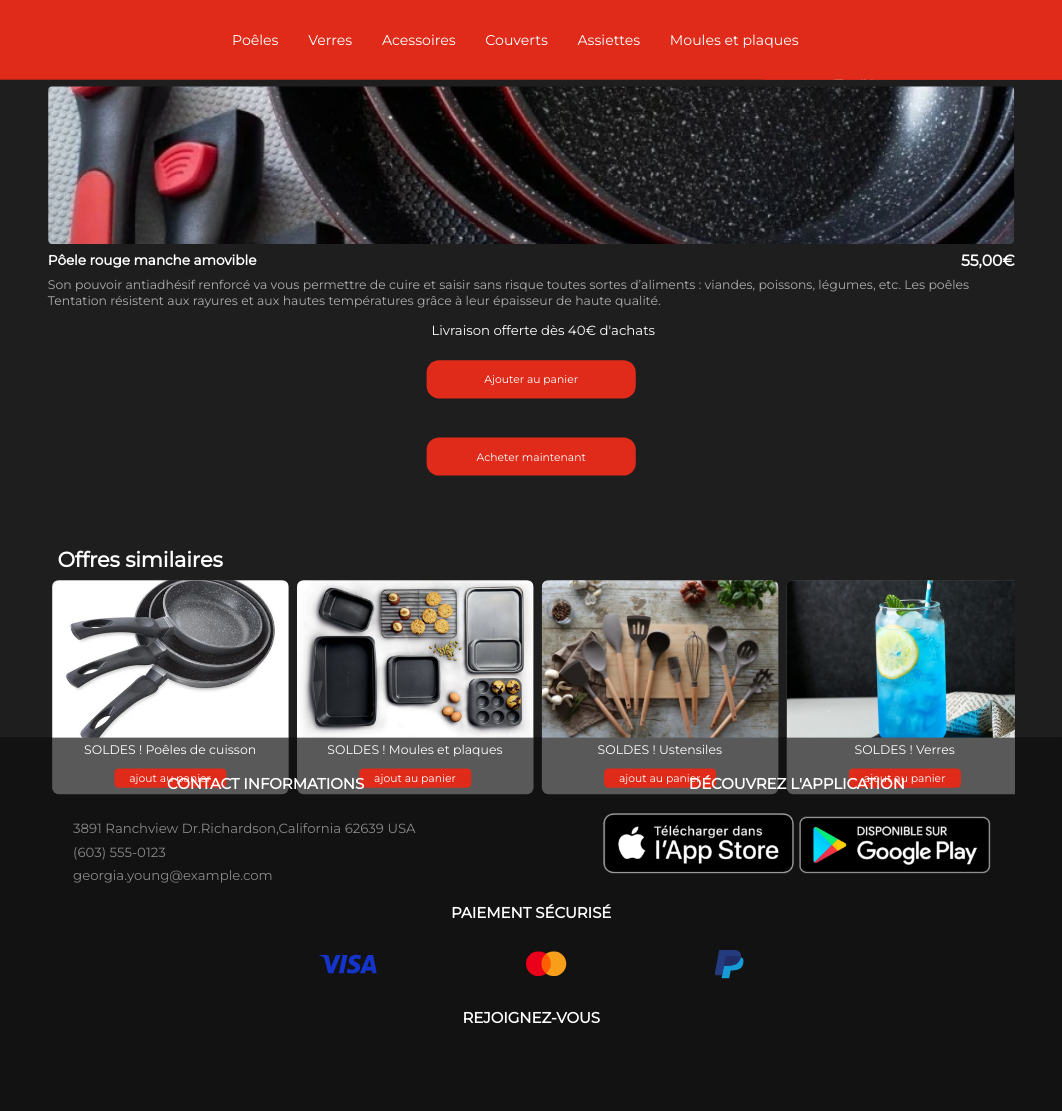
Repository: Juannpl/Luxury-Kicthen
Page: html/page_produits.html
The author's editor kept a copy of each file at every save. The page is drawn from the files as they stood at one save, then again after the next save.
The browser window is 1280 px wide. The pictures show the whole page, at 83% of full size.
Some icons come from a web library that is not loaded, so they are not drawn.

Above is the page before, as saved 2023-02-16 10:40:10.

### html/page_produits.html
<!DOCTYPE html>
<html lang="fr">

<head>
    <meta charset="UTF-8">
    <meta http-equiv="X-UA-Compatible" content="IE=edge">
    <meta name="viewport" content="width=device-width, initial-scale=1.0">

    <link rel="stylesheet" href="../css/page_produits.css">
    <script src="https://unpkg.com/boxicons@2.1.4/dist/boxicons.js"></script>

    <title>Mon Panier</title>
</head>

<body>
    <header class="header">
        <nav class="nav_container row">
            <div class="logo">
                <p>LUXURY KITCHEN</p>
                <box-icon name='chevron-left' type='solid' color='#ffffff' size="lg"></box-icon>
            </div>
            <div class="barre_categorie">
                <ul class="row">
                    <li><a href="#">Poêles</a></li>
                    <li><a href="#">Verres</a></li>
                    <li><a href="#">Acessoires</a></li>
                    <li><a href="#">Couverts</a></li>
                    <li><a href="#">Assiettes</a></li>
                    <li><a href="#">Moules et plaques</a></li>
                </ul>
            </div>
            <div class="nav_list">
                <ul class="row">
                    <li class="items_list">
                        <box-icon name='shopping-bag' color='#ffffff' size='1.7rem'></box-icon>
                    </li>
                    <li class="items_list">
                        <box-icon name='user-circle' type='solid' color='#ffffff' size='1.7rem'></box-icon>
                    </li>
                    <a id="openBtn">
                        <li class="items_list">
                            <box-icon name='menu' color='#ffffff' size=2.2rem></box-icon>
                        </li>
                    </a>
                </ul>
            </div>
        </nav>
        <div id="transparent"></div>
        <section id="barre_categorie_mobile">
            <div id="closeBtn">
                <box-icon name='x' color='#ffffff' size='3rem'></box-icon>
            </div>
            <div class="nav_contents row">
                <div>
                    <ul class="row">
                        <li><a href="#">Poêles</a></li>
                        <li><a href="#">Verres</a></li>
                        <li><a href="#">Acessoires</a></li>
                        <li><a href="#">Couverts</a></li>
                        <li><a href="#">Assiettes</a></li>
                        <li><a href="#">Moules et plaques</a></li>
                    </ul>
                </div>
                <div>
                    <p class="opacityy">
                        Devenez membre pour accéder au meilleur des produits.
                    </p>
                </div>
                <div>
                    <button type="button" class="btn-black">Nous rejoindre</button>
                </div>
                <div>
                    <button type="button" class="btn-clear">S'identifier</button>
                </div>
                <div class="items">
                    <div class="roww">
                        <box-icon name='shopping-bag' color='#ffffff' size='1.7rem'></box-icon>
                        <p>Panier</p>
                    </div>
                    <div class="roww">
                        <box-icon type='solid' name='package' color='#ffffff' size='1.7rem'></box-icon>
                        <p>Commande</p>
                    </div>
                    <div class="roww">
                        <box-icon name='user-circle' type='solid' color='#ffffff' size='1.7rem'></box-icon>
                        <p>Mon profil</p>
                    </div>
                </div>
                <div class="reseaux row">
                    <div class="sociaux">
                        <box-icon name='facebook-circle' type='logo' color='#ffffff'></box-icon>
                    </div>
                    <div class="sociaux">
                        <box-icon name='twitter' type='logo' color='#ffffff'></box-icon>
                    </div>
                    <div class="sociaux">
                        <box-icon name='instagram-alt' type='logo' color='#ffffff'></box-icon>
                    </div>
                </div>
            </div>
        </section>
        <!-- FIN DE LA BARRE DE NAVIGATION MOBILE -->
    </header>
    <main>
        <section class="tout">
            <div class="wrap">
                <div class="picture"><img src="../img/poêle/poele1.webp" alt="POÊLE"></div>
                <div class="texte">
                    <div class="nom_du_produit">
                        <h3>Pôele rouge manche amovible</h3>
                    </div>
                    <div class="price">
                        <h3>55,00€</h3>
                    </div>
                    <div class="descriptif opacityy">
                        Son pouvoir antiadhésif renforcé va vous permettre de cuire et saisir sans risque toutes sortes
                        d’aliments : viandes, poissons, légumes, etc. Les poêles Tentation résistent aux rayures et aux
                        hautes
                        températures grâce à leur épaisseur de haute qualité.
                    </div>
                </div>
                <div class="buy">
                    <div class="sentence">
                        <box-icon type='solid' name='truck' color="white"></box-icon>
                        <p>Livraison offerte dès 40€ d'achats</p>
                    </div>
                    <button class="unique">
                        <p>Ajouter au panier</p>
                    </button>
                    <button class="unique">
                        <p>Acheter maintenant</p>
                    </button>
                </div>
            </div>
            <div class="swipe">
                <div class="titre">
                    <h1>
                        Offres similaires
                    </h1>
                </div>
                <div class="containeer">
                    <div class="card">
                        <div class="controlee">
                            <img src="../img/poêle/poele10.webp" alt="poele" class="top_img">
                        </div>
                        <div class="descr_panier_top">
                            <div class="text_panier">
                                <p>SOLDES ! Poêles de cuisson</p>
                            </div>
                            <div class="panier_prix">
                                <div class="ajout_panier">
                                    <form action="#">
                                        <a href="#"><button type="submit">
                                                <p class="p_botton">ajout au panier</p>
                                            </button></a>
                                    </form>
                                </div>
                            </div>
                        </div>
                    </div>
                    <div class="card">
                        <div class="controlee">
                            <img src="../img/moules/moule1.jpg" alt="poele" class="top_img">
                        </div>
                        <div class="descr_panier_top">
                            <div class="text_panier">
                                <p>SOLDES ! Moules et plaques</p>
                            </div>
                            <div class="panier_prix">
                                <div class="ajout_panier">
                                    <form action="#">
                                        <a href="#">
                                            <button type="submit">
                                                <p class="p_botton">ajout au panier</p>
                                            </button>
                                        </a>
                                    </form>
                                </div>
                            </div>
                        </div>
                    </div>
                    <div class="card">
                        <div class="controlee">
                            <img src="../img/accessoire/accessoire2.webp" alt="poele" class="top_img">
                        </div>
                        <div class="descr_panier_top">
                            <div class="text_panier">
                                <p>SOLDES ! Ustensiles</p>
                            </div>
                            <div class="panier_prix">
                                <div class="ajout_panier">
                                    <form action="#">
                                        <a href="#">
                                            <button type="submit">
                                                <p class="p_botton">ajout au panier</p>
                                            </button>
                                        </a>
                                    </form>
                                </div>
                            </div>
                        </div>
                    </div>
                    <div class="card">
                        <div class="controlee">
                            <img src="../img/verres/verre10.jpg" alt="verre" class="top_img">
                        </div>
                        <div class="descr_panier_top">
                            <div class="text_panier">
                                <p>SOLDES ! Verres</p>
                            </div>
                            <div class="panier_prix">
                                <div class="ajout_panier">
                                    <form action="#">
                                        <a href="#">
                                            <button type="submit">
                                                <p class="p_botton">ajout au panier</p>
                                            </button>
                                        </a>
                                    </form>
                                </div>
                            </div>
                        </div>
                    </div>
                    <div class="card">
                        <div class="controlee">
                            <img src="../img/couverts/couvert1.png" alt="poele" class="top_img">
                        </div>
                        <div class="descr_panier_top">
                            <div class="text_panier">
                                <p>SOLDES ! Couverts</p>
                            </div>
                            <div class="panier_prix">
                                <div class="ajout_panier">
                                    <form action="#">
                                        <a href="#"><button type="submit">
                                                <p class="p_botton">ajout au panier</p>
                                            </button></a>
                                    </form>
                                </div>
                            </div>
                        </div>
                    </div>
                </div>
            </div>
        </section>
    </main>
    <footer>
        <div class="container-footer">
            <div class="container-footer-tablet">
                <div class="contact-infos">
                    <h3>CONTACT INFORMATIONS</h3>
                    <p>
                        <box-icon name='been-here' type='solid' color='#ffffff'></box-icon>3891 Ranchview
                        Dr.Richardson,California 62639 USA
                    </p>
                    <p>
                        <box-icon type='solid' name='phone' color='#ffffff'></box-icon>(603) 555-0123
                    </p>
                    <p>
                        <box-icon type='solid' name='envelope' color='#ffffff'></box-icon>georgia.young@example.com
                    </p>
                </div>
                <div class="download">
                    <h3>DÉCOUVREZ L'APPLICATION</h3>
                    <a href=""><img src="../img/footer/App-Store-picto-300x94.png" class="picto" id="apple"
                            alt="Le pictogramme de l'apple store"></a>
                    <a href=""><img src="../img/footer/Google-Play-picto-300x89.png" class="picto"
                            alt="Le pictogramme de google play"></a>
                </div>
            </div>
            <div class="paiement">
                <h3>PAIEMENT SÉCURISÉ</h3>
                <div class="logos-paiement">
                    <img src="../img/footer/Visa_2021.svg" class="logos" id="visa" alt="Le logo de visa">
                    <img src="../img/footer/Mastercard_2019_logo.svg" class="logos" id="mastercard"
                        alt="Le logo de mastercard">
                    <img src="../img/footer/PayPal_Logo_Icon_2014.svg" class="logos" id="paypal"
                        alt="Le logo de paypal ">
                </div>
            </div>
            <div class="social-media">
                <h3>REJOIGNEZ-VOUS</h3>
                <box-icon name='facebook-circle' type='logo' color='#ff0800'></box-icon>
                <box-icon name='twitter' type='logo' color='#ff0800'></box-icon>
                <box-icon name='instagram-alt' type='logo' color='#ff0800'></box-icon>
            </div>
        </div>
    </footer>
    <script src="../script.js"></script>
</body>

</html>

### css/page_produits.css
/*

    GENERAL

*/

@import url('https://fonts.googleapis.com/css2?family=Montserrat&family=Roboto&display=swap');

:root{
    --rougelinear: rgba(224, 43, 26, 1);
    --rougetext: #E02B1A;
    --blanc: #fff;
    --noirclair: #1E1E1E;
    --noir: #121212;
    --gris: #595959;
}

*/*,
*::after,
*::before*/{
    margin: 0;
    padding: 0;
    box-sizing: inherit;
    list-style: none;
    text-decoration: none;
    font-family: 'Montserrat', 'sans-serif';
}

html{
    width: 100%;
    overflow-x: hidden;
}

main img{
    width: 100%;
    height: 100%;
    object-fit: cover;
    border-radius: 5px;
}

/*

    HEADER

*/

.header{
    background-color: var(--rougelinear);
    height: 6rem;
    display: grid;
    align-items: center;
    position: relative;
}

.logo{
    color: var(--blanc);
    font-size: 0.9em;
    font-weight: 600;
    text-align: center;
    padding-left: 5%;
    display: flex;
}

.logo p{
    display: none;
}

.barre_categorie{
    display: none;
}

#closeBtn{
    position: absolute;
    top: 5%;
    right: 10%;
    cursor: pointer;
}

#barre_categorie_mobile{
    color: var(--blanc);
    width: 308px;
    position: absolute;
    z-index: -1;
    top: 0;
    right: 0;
    background-color: var(--rougelinear);
    transition: left 0.5s ease;
    display: flex;
    align-items: center;
    flex-direction: column;
    box-shadow: 0px 4px 4px 0px rgba(0, 0, 0, 0.25);
}

/* Active class */
#barre_categorie_mobile.active{
    z-index: 3;
}

#transparent.active{
    z-index: 2;
}

#transparent{
    position: fixed;
    top: 0;
    right: 0;
    width: 100%;
    height: 100vh;
    z-index: -1;
    background: rgba(255, 255, 255, 0.28);
    backdrop-filter: blur(3.8px);
    -webkit-backdrop-filter: blur(3.8px);
}

.reseaux{
    justify-content: center;
}

.sociaux{
    padding: 2% ;
}

#barre_categorie_mobile ul{
    flex-direction: column;
}

#barre_categorie_mobile ul a{
    color: var(--blanc);
    font-weight: 550;
    font-size: 23px;
}

#barre_categorie_mobile ul li{
    margin: 15px 0px;
}

.nav_container{
    justify-content: space-between;
    /* text-align: center; */
    align-items: center;
}

.row{
    display: flex;
}

.items_list{
    padding: 0 0.5rem;
    height: auto;
    display: grid;
    align-items: center;
    cursor: pointer;
}

.nav_list{
    padding-right: 3%;
}

.nav_contents{
    width: 80%;
    flex-direction: column;
    margin-top: 20%;
}

.nav_contents div{
    margin: 5% 0;
}

.btn-black{
    width: 171px;
    height: 35px;
    background-color: var(--noir);
    color: var(--blanc);
    border: 0px;
    border-radius: 20px;
    font-family: Montserrat;
    font-size: 18px;
}

.btn-clear{
    border: 1.7px solid var(--blanc);
    color: var(--blanc);
    background-color: transparent;
    width: 133px;
    height: 33px;
    border-radius: 20px;
    font-family: Montserrat;
    font-size: 18px;
}

.roww{
    display: flex;
    align-items: center;
    margin: 5% 0;
}

.opacityy{
    opacity: 63%;
}

.items p{
    margin-left: 5%;
}

/* desktop = 1224px, tablette = 768px */
/* BARRE DE ATEGORIE EN RESPONSIVE */

@media only screen and (min-width: 768px){
    .logo{
        font-size: 20px;
    }
}

@media only screen and (min-width: 1224px){
    .descr_panier_top .text_panier p{
        font-size: 18px;
    }

    .text_panier p{
        font-size: 13px;
    }

    .barre_categorie_mobile{
        display: none;
    }

    .barre_categorie{
        display: revert;
        width: 70%;
    }

    .barre_categorie li{
        padding: 0% 2%;
    }

    .barre_categorie a{
        color: var(--blanc);
        font-weight: 500;
        font-size: 17px;
    }

    .nav_list {
        padding-right: 0;
    }

    .logo {
        padding-left: 0;
    }

    .row {
        justify-content: center;
    }

    #openBtn{
        display: none;
    }
}

/*

    MAIN

*/

main{
    display: flex;
    flex-direction: column;
    background-color: var(--noirclair);
    justify-content: center;
    align-items: center;
    color: var(--blanc);
    height: 110vh;
}

.tout{
    width: 91%;
    height: 98%;
    display: flex;
    justify-content: space-between;
    flex-direction: column;
}

.picture{
    width: 100%;
    height: 35%;
}

.nom_du_produit{
    width: 75%;
    font-size: 14px;

    display: flex;
    align-items: center;
}

.price{
    width: 25%;

    display: flex;
    justify-content: flex-end;
    align-items: center;
}

.descriptif{
    width: 100%;
    font-size: 15px;
}

.texte{
    display: flex;
    flex-wrap: wrap;
    height: 17%;
}

.buy{
    display: flex;
    flex-direction: column;
    align-items: center;
}

.sentence{
    display: flex;
    flex-direction: row;
    align-items: center;
}

.sentence p{
    margin-left: 5px;
}

.unique{
    padding: 1% 5%;
    margin: 2% 0%;
    border-radius: 15px;
}

.wrap{
    height: 70%;
}

/*

    SWIPE

*/

.controlee{
    width: 285px;
}

.descr_panier_top{
    display: flex;
    align-items: center;
    flex-direction: column;
}

.descr_panier_top .text_panier p{
    font-family: Montserrat;
    font-size: 15px;
    font-weight: 500;
}

.card img {
    height: 190px;
    object-fit: cover;
    width: 100%;
    border-radius: 8px 8px 0 0;
}

/*

    SWIPE

*/

.titre{
    height: 23px;
    /* width: 356px; */
    color: var(--blanc);
    margin: 1%;
    /* padding-bottom: 3%; */
}

.titre h1{
    font-family: Montserrat;
    font-size: 25px;
    font-weight: 00;
}

.controle{
    width: 206px;
}

.containeer {
    -ms-overflow-style: none;
    scrollbar-width: none;
    width: auto;
    overflow-y: hidden;
    overflow-x: scroll;
    display: flex;
    align-items: stretch;
    scroll-snap-type: x mandatory;
}

.containeer::-webkit-scrollbar {
    display: none;
}

.containeer .card {
    background-color: #595959;
    border-radius: 8px;
    color: #fff;
    margin: 5px;
    height: 100%;
}

.containeer .card .content {
    position: absolute;
    bottom: 10px;
    padding: 20px;
    page-break-after: 20px;
    text-align: center;
}

button {
    background: #E02B1A;
    border: none;
    border-radius: 5px;
    height: 23px;
    width: 135px;
    color: white;
    font-size: 13px;
    font-weight: 500;
}

.card img {
    height: 190px;
    object-fit: cover;
    width: 100%;
    border-radius: 8px 8px 0 0;
}

.descr_panier {
    padding: 3%;
}

.text_panier p {
    font-family: 'Montserrat';
    font-style: normal;
    font-weight: 500;
    font-size: 11px;
    color: #FFFFFF;
}

.prix {
    display: flex;
    align-items: center;
}

.panier_prix {
    display: flex;
    align-items: center;
    justify-content: space-between;
    padding: 5% 0 3% 0;
}


/* ---------- Footer ---------- */



footer{
    width: 100%;
    align-items: center;
    font-family: 'Montserrat', sans-serif;
}

.container-footer{
    height: 400px;
    display: flex;
    flex-direction: column;
    padding-top: 20px;
    background-color: #121212;
    color: white;
    font-size: 1.2rem;
}

.contact-infos{
    display: none;
}

.contact-infos p{
    font-size: 16px;
    color: rgb(255, 255, 255, .5);
}

.container-footer h3{
    text-align: center;
    margin: 25px 0 25px 0;
    font-size: 18px;
}

.download{
    text-align: center;
}

.picto{
    width: 30%;
}

.logos-paiement{
    width: 60%;
    height: 50px;
    display: flex;
    justify-content:space-between;
    align-items: center;
    margin: auto;
}

#visa{
    width: 70px;
    height: 95px;
}

#mastercard{
    width: 70px;
    height: 30px;
}

#paypal{
    width: 35px;
    height: 35px;
}

.social-media{
    text-align: center;
    margin-top: 5px;
}

@media only screen and (min-device-width : 768px){

    /* ---------- Footer ---------- */

    .container-footer{
        height: 430px;
    }

    .container-footer-tablet{
        display: flex;
        justify-content: space-around;
    }

    .contact-infos{
        width: 40%;
        display: flex;
        flex-direction: column;
        text-align:left;
    }

    .download{
        width: 40%;
    }

    .picto{
        width: 45%
    }

    .logos-paiement{
        width: 40%;
    }
}

@media only screen and (min-device-width : 1224px){

    /* ---------- Footer ---------- */

        .logos-paiement{
            width: 20%;
        }

        .paiement h3{
            padding-top: 1%
        }
}

### script.js
var navMobile = document.getElementById("barre_categorie_mobile");
var transparent = document.getElementById("transparent");
var openBtn = document.getElementById("openBtn");
var closeBtn = document.getElementById("closeBtn");

openBtn.onclick = openNav;
closeBtn.onclick = closeNav;

/* Set the width of the side navigation to 250px */
function openNav() {
  navMobile.classList.add("active");
  transparent.classList.add("active");
}

/* Set the width of the side navigation to 0 */
function closeNav() {
  navMobile.classList.remove("active");
  transparent.classList.remove("active");
}

After the next save:
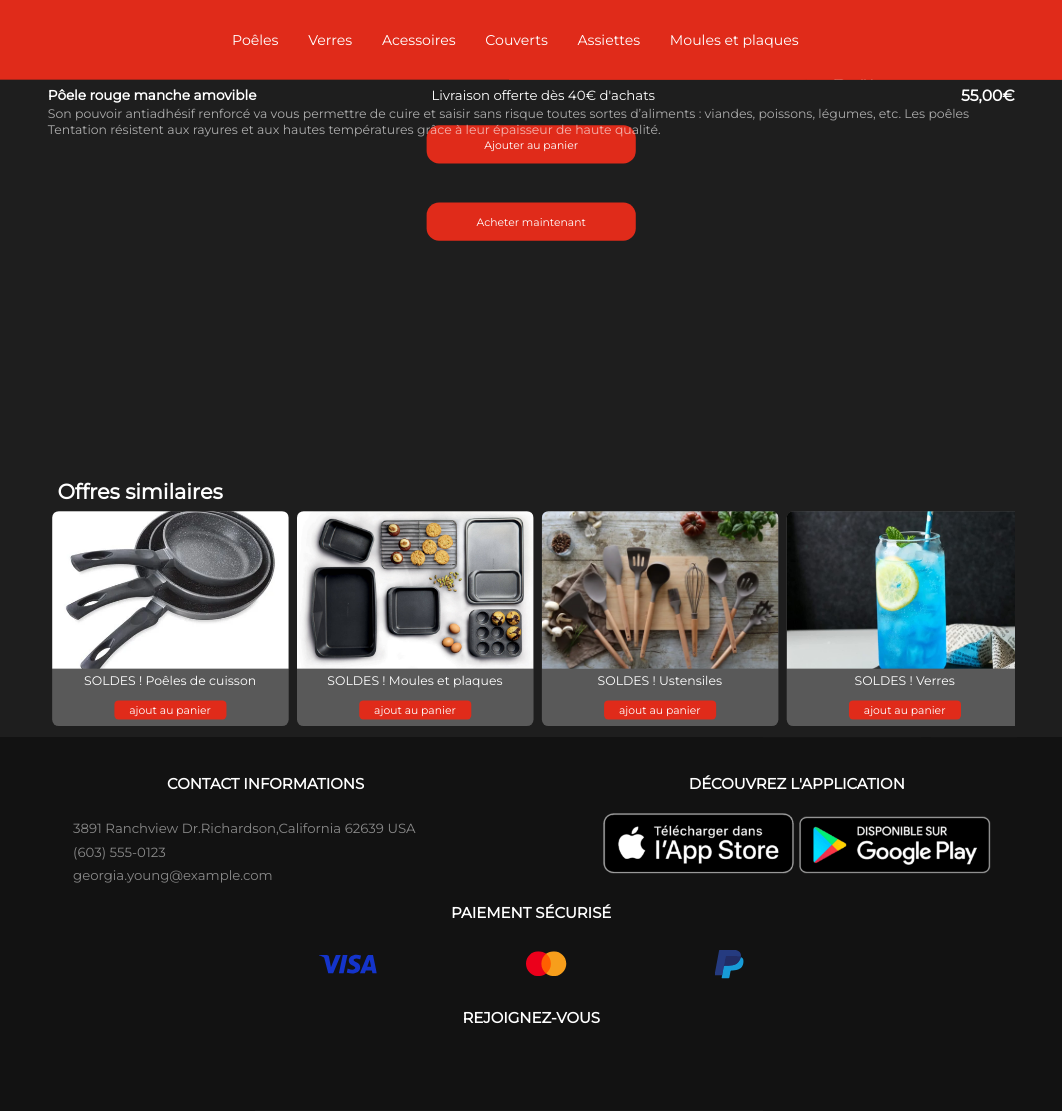
Saved 5 s later.
--- a/css/page_produits.css
+++ b/css/page_produits.css
@@ -335,7 +335,7 @@
 }
 
 .wrap{
-    height: 70%;
+    height: 0%;
 }
 
 /*
